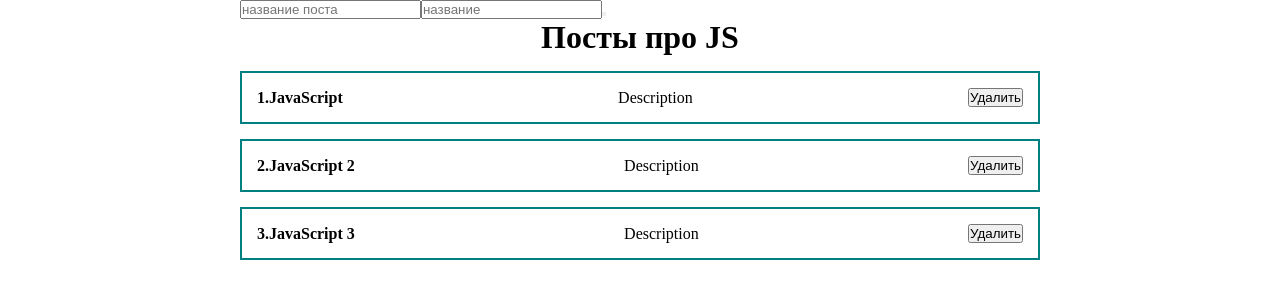
Repository: otvertka/ulb2_react
Page: / (app in jk_project/)
The author's editor kept a copy of each file at every save. The page is drawn from the files as they stood at one save, then again after the next save.
The browser window is 1280 px wide. The pictures show the whole page.
The project was rebuilt for these pictures with package versions that can differ from the ones it lists, and the page was loaded fresh each time. Also part of the build but not shown: jk_project/src/component/Counter.jsx, jk_project/src/component/ClassCounter.jsx.

Above is the page before, as saved 2023-09-08 12:22:45.

After the next save:
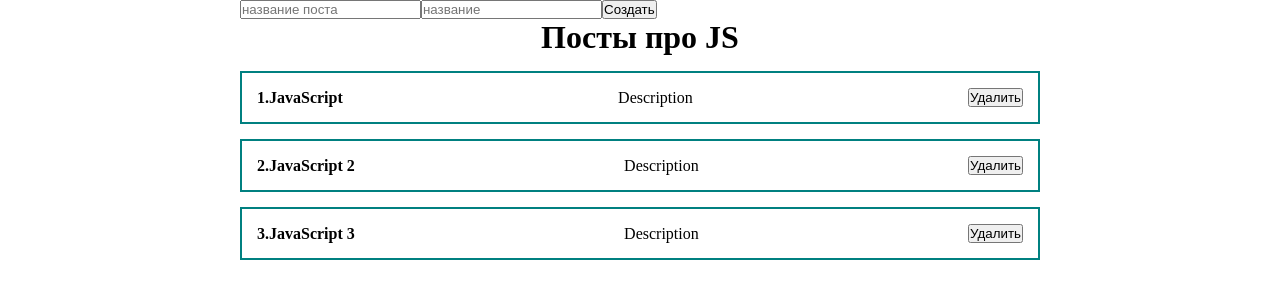
Saved 32 s later.
--- a/jk_project/src/component/UI/button/MyButton.jsx
+++ b/jk_project/src/component/UI/button/MyButton.jsx
@@ -2,7 +2,7 @@ import React from "react";
 import classes from "./MyButton";
 
 const MyButton = (props) => {
-  return <button className={classes.myBtn}></button>;
+  return <button className={classes.myBtn}>Создать</button>;
 };
 
 export default MyButton;
